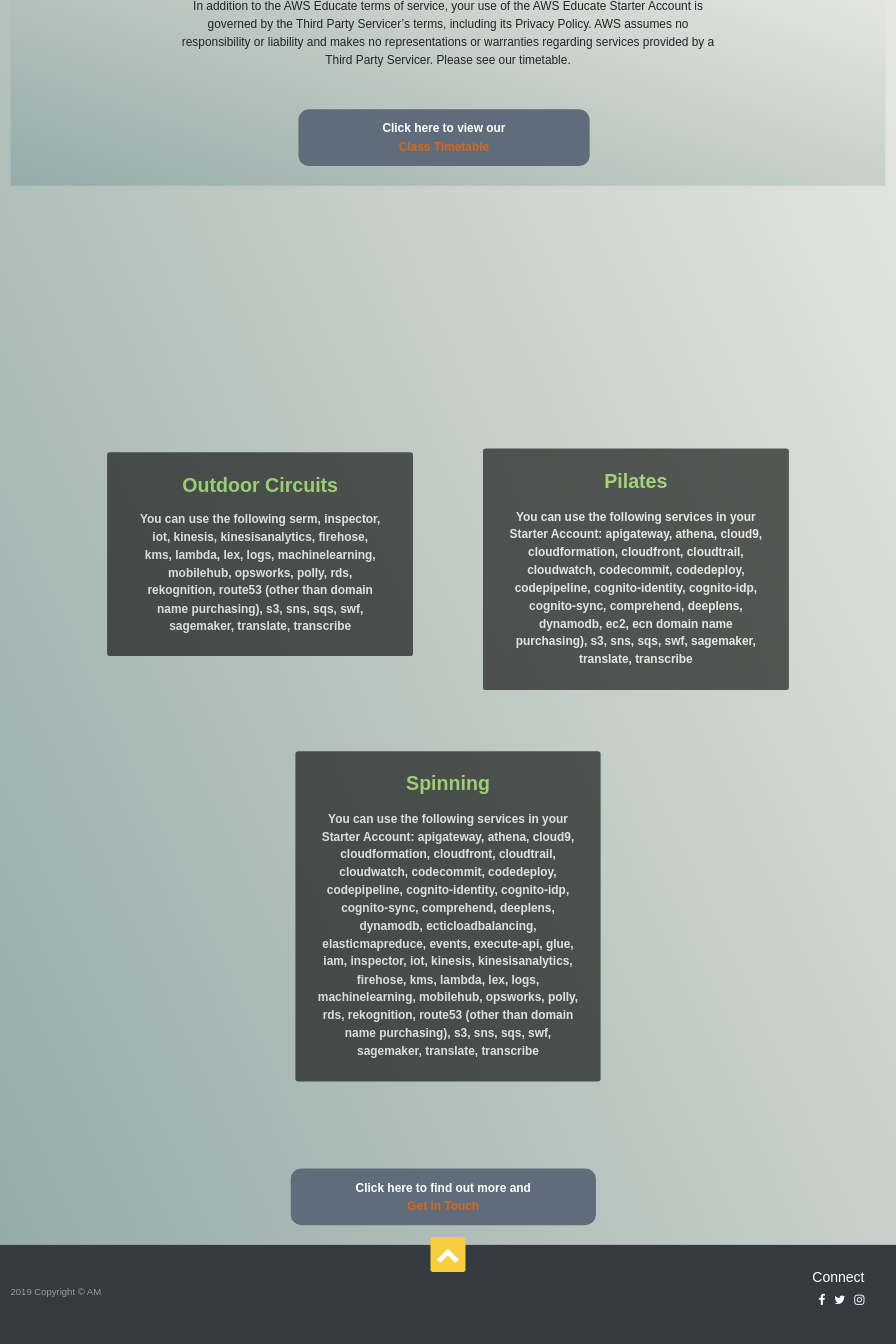
Repository: murphya14/Fitness-webpage
Page: group-training.html
The author's editor kept a record of every edit. The page is drawn from the files as they stood at one moment, then again after the next edit.
The browser window is 1280 px wide. The pictures show the part of the page from y = 986 to 2906 px (the page is 2906 px tall before and 2904 px after), at 70% of full size.
Pictures or frames that could not be fetched are drawn as grey boxes. Some web libraries are served in a nearby version.

Above is the page before.

### group-training.html
<!DOCTYPE html>
<html lang="en">

<head>
  <meta charset="UTF-8">
  <meta name="viewport" content="width=device-width, initial-scale=1.0">
  <meta http-equiv="X-UA-Compatible" content="ie=edge">
    <link rel="stylesheet" href="https://stackpath.bootstrapcdn.com/bootstrap/4.3.1/css/bootstrap.min.css" <link rel="stylesheet" href="https://stackpath.bootstrapcdn.com/font-awesome/4.7.0/css/font-awesome.min.css" type="text/css" />
 <script src="https://code.jquery.com/jquery-3.2.1.slim.min.js" integrity="sha384-KJ3o2DKtIkvYIK3UENzmM7KCkRr/rE9/Qpg6aAZGJwFDMVNA/GpGFF93hXpG5KkN" crossorigin="anonymous"></script>
  <link rel="stylesheet" href="assets/css/style.css" />
  <link rel="shortcut icon" type="image/x-icon" href="assets/favicon.ico">
  <link rel="stylesheet" href="https://cdnjs.cloudflare.com/ajax/libs/font-awesome/4.7.0/css/font-awesome.min.css">
  <link rel="stylesheet" type="text/css" href="//fonts.googleapis.com/css?family=Dancing+Script" />
  <title>Home</title>
</head>

<body>



  <header>
    <!-- Logo and Nav bar-->
    <!-- Used help from Stack overflow: https://stackoverflow.com/questions/23949804/how-to-change-link-color-bootstrap-->


    <nav class=" container-fliud navbar navbar-expand-lg navbar-custom  fixed-top navbar-light topnav">
      <div><a class="logo " href="index.html">
          <img src="assets/images/logo.png" alt="logo">
        </a></div>


      <div>
        <div>
          <ul class="nav justify-content-center container-fluid">

            <li class="nav-item">
              <a class="nav-link" href="index.html">Home</a>
            </li>
            <li class="nav-item ">
              <a class="nav-link" href="about.html">About</a>
            </li>
            <li class="nav-item  ">
              <a class="nav-link" href="personal-training.html">Personal Training</a>
              <li class="nav-item ">
                <a class="nav-link" id="active" href="group-training.html">Group Training</a>
              </li>
             <li class="nav-item ">
                <a class="nav-link" href="get-in-touch.html">Get in Touch</a>
              </li>
          </ul>

        </div>
        <!-- Select menu for Nav bar for smaller devices-->

        <select id="select">
    <option value="index.html" >Home</div>
    <option value="about.html" >About</option>
    <option value="personal-training.html">Personal Training</option>
    <option value="group-training" selected="selected">Group Training</option>
    <option value="get-in-touch">Get in Touch</option>
  </select>

        <!-- Social links-->

        <div class="row no-gutters">
          <div class="col">

            <div class="nav-link">

              <ul class="list-inline social-links">
                <li class="list-inline-item">
                  <a target="_blank" href="#">
                            <i class="fa fa-facebook" aria-hidden="true"></i>
                            <span class="sr-only">Facebook</span>
                        </a>
                </li>
                <li class="list-inline-item">
                  <a target="_blank" href="#">
                            <i class="fa fa-twitter" aria-hidden="true"></i>
                            <span class="sr-only">Twitter</span>
                        </a>
                </li>


                <li class="list-inline-item">
                  <a target="_blank" href="#">
                            <i class="fa fa-instagram" aria-hidden="true"></i>
                            <span class="sr-only">Instagram</span>
                        </a>
                </li>

              </ul>
            </div>
          </div>
        </div>

    </nav>


  </header>

  <!-- Container for main image -->


    <section class="section ">

  <div class="container-fluid ">

<div class="container-fluid">
      <div class="row main-image ">

        <div class=" col-md-12 image-about">
          <img src="assets/images/group.jpg"  alt="Group Fitness">

          <h2 class="image-text">LN Fitness</h2>
        </div>
      </div>
  </div>

  <!-- Content for section -->

  <div class="container-fluid section">
    <div class="row">
      <div class="col-md-12">
        <h3 class="section-heading">Group training at LN Fitness</h3>
        <p class="col-md-8 section-p-about">Clicking this button will take you to a third party site managed by Vocareum, Inc. (“Third Party Servicer”). In addition to the AWS Educate terms of service, your use of the AWS Educate Starter Account is governed by the Third Party Servicer’s
          terms, including its Privacy Policy. AWS assumes no responsibility or liability and makes no representations or warranties regarding services provided by a Third Party Servicer.</a>
          Please see our timetable.</p>
          </div>
         </div>



     <div class="row">
   <div class="col-md-4 free-link  ">
  <a class="section-link" id="click-here-active" href="assets/timetable.pdf" target="_blank">Click here to view our <p class="highlight">Class Timetable</p></a></div>
     </div>
     </div>

<div class="row justify-content-center">
    <div class=" center col-md-10 content">
      <iframe src="https://player.vimeo.com/video/229291915" width="640" height="360" frameborder="0" allow="autoplay; fullscreen" allowfullscreen></iframe>
     </div>

<div class="col free-link mobile-only "><a class="section-link" target="_blank" id="click-here-active" href="https://player.vimeo.com/video/229291915">Click here to view our <p class="highlight">Group Class in action</p></a></div>
 </div>
 </div>


    <div class="row justify-content-center">


      <div class="transbox col-md-4 col-sm-12">
        <h3 class="box-heading"> Outdoor Circuits</h3>
        <div class="container">
          <p>You can use the following serm, inspector, iot, kinesis, kinesisanalytics, firehose, kms, lambda, lex, logs, machinelearning, mobilehub, opsworks,
            polly, rds, rekognition, route53 (other than domain name purchasing), s3, sns, sqs, swf, sagemaker, translate, transcribe</p>
        </div>
      </div>





      <div class="transbox col-md-4 col-sm-12">
        <h3 class="box-heading"> Pilates</h3>
        <p>You can use the following services in your Starter Account: apigateway, athena, cloud9, cloudformation, cloudfront, cloudtrail, cloudwatch, codecommit, codedeploy, codepipeline, cognito-identity, cognito-idp, cognito-sync, comprehend, deeplens,
          dynamodb, ec2, ecn domain name purchasing), s3, sns, sqs, swf, sagemaker, translate, transcribe</p>
      </div>

      <div class="transbox   col-md-4 col-sm-12">
        <h3 class="box-heading"> Spinning</h3>
        <p>You can use the following services in your Starter Account: apigateway, athena, cloud9, cloudformation, cloudfront, cloudtrail, cloudwatch, codecommit, codedeploy, codepipeline, cognito-identity, cognito-idp, cognito-sync, comprehend, deeplens,
          dynamodb, ecticloadbalancing, elasticmapreduce, events, execute-api, glue, iam, inspector, iot, kinesis, kinesisanalytics, firehose, kms, lambda, lex, logs, machinelearning, mobilehub, opsworks, polly,
          rds, rekognition, route53 (other than domain name purchasing), s3, sns, sqs, swf, sagemaker, translate, transcribe</p>
      </div>


    </div>

   <div class="row">
    <div class="col-md-4 free-link"><a class="section-link" id="click-here-active" href="get-in-touch.html">Click here to find out more and <p class="highlight">Get in Touch</p></a></div>

</div>
  </div>




  </div>
  </div>

  </section>
  </div>




  <!-- footer-->

  <footer id="footer" class="container-fluid py-4 bg-dark text-white-50">
    <div class="row">

      <div class="col-sm-4 text-footer">
        <small>2019 Copyright &copy; AM</small></div>

      <div class="col-sm-4 "><a href="#top" id="button"></a></div>


      <div class="col-sm-4">

        <!-- footer social media links-->
        <div class="footer-link">
          <h5 class="uppercase general-sub">Connect</h5>
          <ul class="list-inline social-links">
            <li class="list-inline-item">
              <a target="_blank" href="#">
                            <i class="fa fa-facebook" aria-hidden="true"></i>
                            <span class="sr-only">Facebook</span>
                        </a>
            </li>
            <li class="list-inline-item">
              <a target="_blank" href="#">
                            <i class="fa fa-twitter" aria-hidden="true"></i>
                            <span class="sr-only">Twitter</span>
                        </a>
            </li>


            <li class="list-inline-item">
              <a target="_blank" href="#">
                            <i class="fa fa-instagram" aria-hidden="true"></i>
                            <span class="sr-only">Instagram</span>
                        </a>
            </li>

          </ul>
        </div>

      </div>

  </footer>


  <!--------------Back to top button created with help from https://www.templatemonster.com/blog/back-to-top-button-css-jquery/--->
  <script src="https://code.jquery.com/jquery-3.4.1.slim.min.js"></script>
  <script src="https://cdnjs.cloudflare.com/ajax/libs/popper.js/1.15.0/umd/popper.min.js"></script>
  <script src="https://stackpath.bootstrapcdn.com/bootstrap/4.3.1/js/bootstrap.min.js"></script>


  <script>
    jQuery(document).ready(function() {

      var btn = $('#button');

      $(window).scroll(function() {
        if ($(window).scrollTop() > 300) {
          btn.addClass('show');
        }
        else {
          btn.removeClass('show');
        }
      });

      btn.on('click', function(e) {
        e.preventDefault();
        $('html, body').animate({ scrollTop: 0 }, '300');
      });

    });
  </script>




</body>

</html>

### assets/css/style.css
/*----------------------------------------------- Colours*/

.nav-link {
    color: #00ccff;
}

#active {
    color: #5F6C7A;
}

.navbar {
    background:#f7ce3e;

}


li a:hover {
    color: #f7ce3e;
}

/*--------------------------------------------- General*/

body {font-size: 17px;
    font-family: "arial", sans-serif;
    margin: 0; padding: 0; overflow-x:hidden;
}

.center {
  display: block;
  margin-left: auto;
  margin-right: auto;
  width: 50%;
}


.inline-block {
    display: inline-block;
}







.highlight {color:#D2691E;
    padding:0;
    margin:0;
}



col-lg-12 {
           text-align:center;
}

 col-lg-4{
 display:inline-block;
 float: none;
}





/*--------------------------------------------- Nav bar*/

nav ul {

    display: block;
    font-size: 23px;
    font-weight: 700;




}

    .nav-item {
        margin-left: 40px;
        position:relative;
    }

.logo {
    position: static;
    background: url("../images/rosie.jpg");
    background-position: center;
    background-repeat: no-repeat;
    margin-right:0px;
    padding-top: 10px;
    padding-left: 10px;
    min-height: 100px;
    transition: all .5s ease-in-out;
    -moz-transition: all .5s ease-in-out;
    -webkit-transition: all .5s ease-in-out;
    height: 10%;
    width: 25%;
}

.header {
    position: fixed;
    top: 0;
    left: 0;
    right: 0;
    background-color: #e84610;
    padding: 15px 15px;

}

nav select {
    display: none;
    background-color: #77C9D4;
    color: white;
    border: 1px solid #778899;
   position: relative;
   cursor: pointer;
   top: 100%;
  left: 0;
  right: 0;
  z-index: 99;

}

#select {color: #f7ce3e;
    background-color: #5F6C7A;
}


.nav-link
{color: #0A1612;
text-align: center;
padding: 8px;
    margin-right: 0;
    display: block;

    font-size:33;
    font-weight: 500;
    padding-left: 5px;
      transition: all 0.35s ease-in-out;
    -moz-transition: all 0.35s ease-in-out;
    -webkit-transition: all 0.35s ease-in-out;
    -o-transition: all 0.35s ease-in-out;
    max-width:100%;

}
/*-------------------------Social links*/
nav a {color:#5F6C7A;}

nav a:hover {
    color: white;
}

/*-------------------------------------------Section*/

/*-------------------------Section Image*/

.main-image {max-width:100%;
    height:100%;
    padding-left:0;
    padding-right:0;
    position: relative;
    transform: translate(-5%, +10%);
    margin: 0;


}



.image-text {
   position: absolute;
   top: 250px;
   left: 70%;
   width: 100%;
   color:#21EB7B;
   font-family: "Dancing Script";
   font-size: 48px;
   font-variant: normal;
   font-weight: 700;
   line-height: 26.4px;
   text-shadow: 2px 2px 2px #000;
    transform: translate(-50%, -50%);
 }


/*------------------Index.html*/

/*------------------https://mycolor.space/gradient?ori=to+right+top&hex=%2395ABAA&hex2=%23F6F6F5&sub=1*/
 .section {background-image: linear-gradient(to right top, #95abaa, #aebdb8, #c8d0ca, #e0e2de, #f6f6f5);
  text-align: center;
  max-width:100%;
  overflow:hidden;

 }

.section-heading {color: #D2691E;
            text-align: center;
            margin-top:100px;
}

.section-p {padding:12px;
margin:10px;
    padding-bottom: 50px;
;
color: #708090;
text-align: center;
 max-width:100%;

}

.section-p-about {padding:15px;
    text-align: center;
     width:100%;
}



.free-link {text-align: center;
    font-weight: 700;
    background-color: #5F6C7A;
    font:white;
    padding:15px;
    margin:15px;
    border-radius:15px;
      display:block;
  bottom: 5px;

  transition: background-color .3s;
  z-index: 1000;
  position: relative;
   left: 55%;
   transform: translate(-50%,-50%);


}

.section-link {color:white;
 width:120px;


}


.section a:hover {color:#f7ce3e;
text-decoration:none;

}

/*------------------About.html*/


/* With help from https://www.w3schools.com/css/tryit.asp?filename=trycss_transparency*/

div.transbox {
  margin: 50px;
  border-radius: 4px;
  background-color: black;
  border: none;
  opacity: 0.6;
  filter: alpha(opacity=60);
  padding: 10px;
  width:100%;
  height:100%;
 position:relative;

    transform: translateY(-10%);

}

.content{margin: auto;
display: flex;
justify-content: center;
align-items: center;
resize: both;
padding-top: 0px !important;

}


div.transbox p {
  margin: 5%;
  font-weight: bold;
  color: #F5F4F4;
}

.box-heading {font-weight:700;
color:#87D63E;}


/*------------------personal-training.html*/

.col-md-10 {transform: translate(+5%,0);}

.transbox-testimony {height:400px;
    transform: translate(+8%,0);
}

.testimony {transform: translate(+12%, +12%);}

/*------------------group-trainig.html*/




/*------------------get-in-touch.html*/


  .row {
  display: flex;
}

.column {
  flex: 50%;
}

.main-image-contact {transform: translate(-5%,0%);
width:100%;
margin:0;

}

.contact-box {  padding: 10px;
  width:100%;
  height:100%;
 position:relative;
 transform: translateX(-15%);

  top:-100%;
}

.box-heading {padding-top:20px;}

.btn {

  color: black;
  font-weight:700;
  padding: 15px 20px;
  border: none;
  cursor: pointer;
  background-color:#f7ce3e;
 width:50%;
}

.btn:hover {
  opacity: 1;
  background-color:#B0E0E6 ;
}

.center-form {opacity:1;
   }





/*--------------------------------------------- footer*/

#button {
  text-align: center;
  display: inline-block;
  background-color: #f7ce3e;
  width: 50px;

  border-radius: 4px;
  bottom: 10px;
  right: 30px;
  transition: background-color .3s;
  z-index: 1000;
  position: relative;
   left: 50%;

     transform: translate(-50%,-50%);


}


#button:hover {
  cursor: pointer;
  background-color: #333;
}
#button:active {
  background-color: #555;
}

#button::after {
  content: "\f077";
  font-family: FontAwesome;
  font-weight: normal;
  font-style: normal;
  font-size: 2em;
  line-height: 50px;
  color: #fff;
}

.footer-link
{color: white;
text-align: right;

    float: none;
    padding-bottom: 10px;
    padding-right: 30px;
    padding-top:10px;
    font-size:33;
    font-weight: 500;
    padding-left: 5px;
      transition: all 0.35s ease-in-out;
    -moz-transition: all 0.35s ease-in-out;
    -webkit-transition: all 0.35s ease-in-out;
    -o-transition: all 0.35s ease-in-out;

}

footer a {color:white;}

 footer  a:hover {
    color: #f7ce3e;
}

.text-footer {float: left;
padding-bottom: 5px;
text-align: left;

}

#footer { min-height: 120px;

    margin: 0;
    padding: 15px;
    max-width:100%;}



/*------------- Responsive design*/

/* Extra small devices (phones, 600px and down) */


@media only screen and (max-width: 600px) {

/*------------------------------------- Changing the menu to a select bar for smaller screens*/

    nav select {
        display: inline-block;
        width: 55%;
        height: 25%;
          border-radius: 4px;
        position: left;
    }
    .nav-item {
        display: none;
    }
    .logo {
        position: right;
        height: 80%;
    }
     .column {
    width: 100%;
  }

  .navbar {position: relative;}

}



.text-footer {margin-top: 30px;}

.free-link {margin-right: 50%;
    margin-top: 40px;
}

.timetable-link {
    margin-right:50%;
    margin-top: 40px;


}


/* Small devices (portrait tablets and large phones, 600px and up) */

@media only screen and (max-width: 600px) {


    .logo {
        position: right;
        height: 80%;
    }
     .column {
    width: 100%;
    height:100%;
  }

  .navbar {position: relative;}

   .main-image img {display:none;}

  .image-text {
  margin: 0;
  position: absolute;
  top: 50%;
  left: 50%;
  transform: translate(-50%, 60%);}

footer #button {position:relative;
   top:-150%;
}



iframe {display:none;

}

section img {display:none;}


.box { transform: translate(-15%, 0);
    padding:10px;
}

.free-link { transform: translate(0%, 0);}

.timetable-link { transform: translate(0%, 0);}


  .mobile-only {width:100%
  ;}

}


/* Medium devices (landscape tablets, 768px and up) */

@media only screen and (min-width: 768px){
.section-p-about {  transform: translate(25%, 0);}


.timetable-link {margin:300px;
    margin-top:50px;
    width: 50%;
}
iframe {margin-left: 50px;}
}

.box { margin:30px;
    padding:10px;
}


 iframe, .box {transform: translate(-5%, 0);}


 .free-link {transform: translate(-70%, -10%);}


 .mobile-only {display:none;}


@media only screen and (max-width: 768px){




.transbox {transform: translate(25%, 0);}

.timetable-link {transform: translate(-200%, -10%);}

.main-image-contact {display:none;}

}
/* Large devices (laptops/desktops, 992px and up) */

@media only screen and (max-width: 992px) {

.mobile-only {display:none;}



}





/* Extra large devices (large laptops and desktops, 1200px and up) */

@media only screen and (min-width: 1200px) {

 .mobile-only {display:none;}

 .timetable-link {transform: translate(-130%, -10%);}
}

.transbox {transform: translate(10%, 0);}

After the next edit:
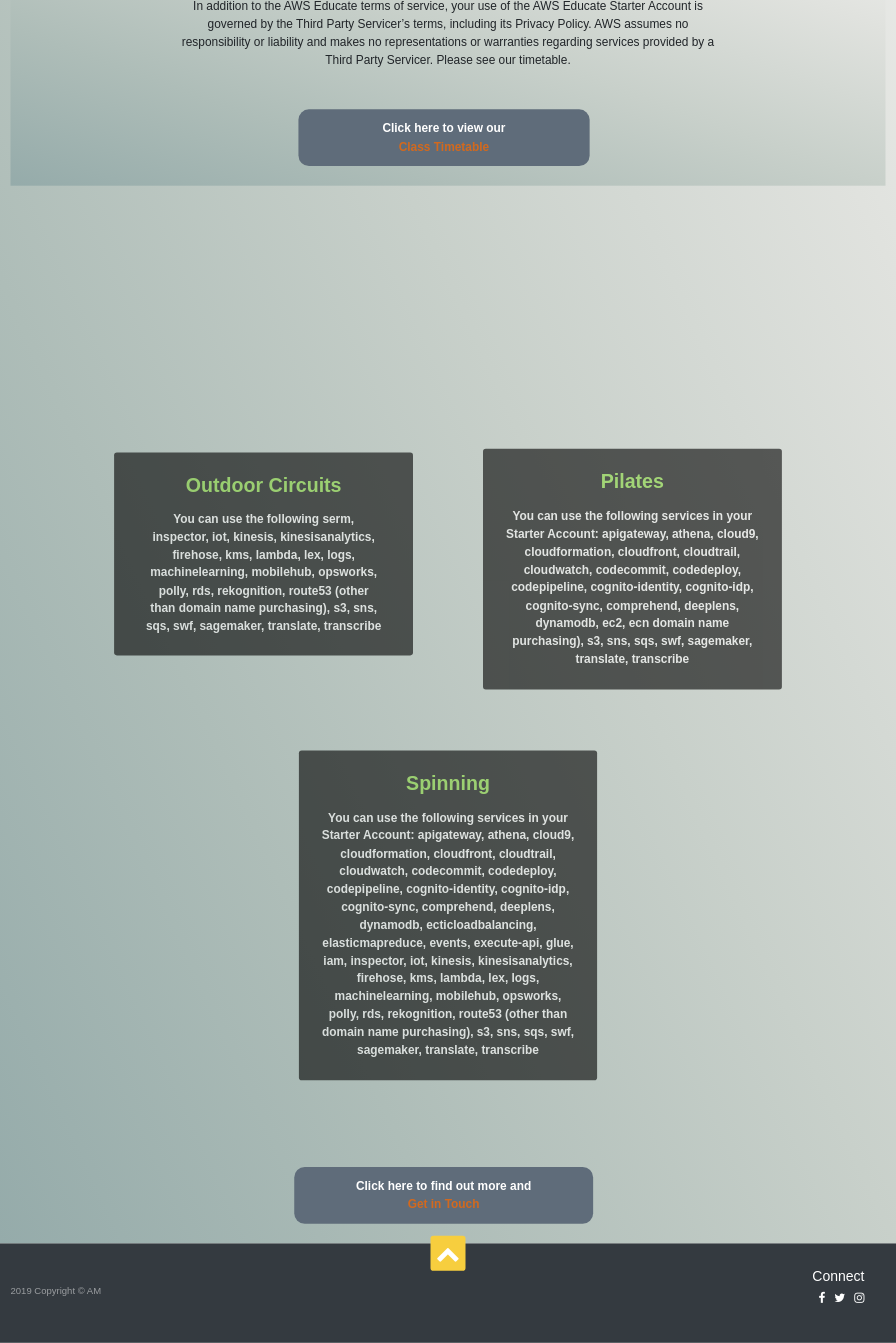
The edit:
--- a/group-training.html
+++ b/group-training.html
@@ -140,8 +140,8 @@
 <div class="row justify-content-center">
     <div class=" center col-md-10 content">
       <iframe src="https://player.vimeo.com/video/229291915" width="640" height="360" frameborder="0" allow="autoplay; fullscreen" allowfullscreen></iframe>
-     </div>
-
+</div>
+     <div class="row">
 <div class="col free-link mobile-only "><a class="section-link" target="_blank" id="click-here-active" href="https://player.vimeo.com/video/229291915">Click here to view our <p class="highlight">Group Class in action</p></a></div>
  </div>
  </div>

After the edit that followed:
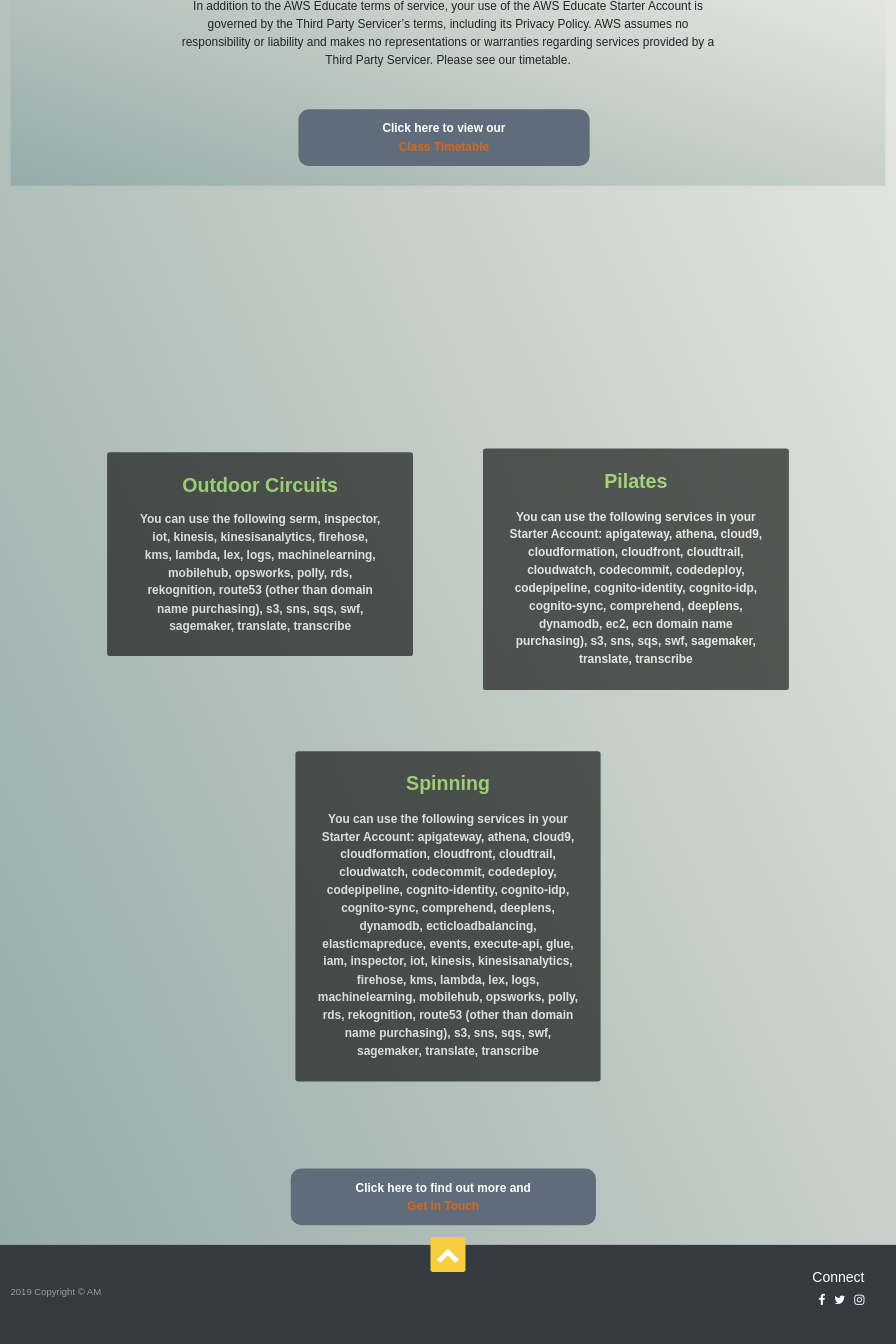
The edit:
--- a/group-training.html
+++ b/group-training.html
@@ -145,7 +145,7 @@
 <div class="col free-link mobile-only "><a class="section-link" target="_blank" id="click-here-active" href="https://player.vimeo.com/video/229291915">Click here to view our <p class="highlight">Group Class in action</p></a></div>
  </div>
  </div>
-
+ </div>
 
     <div class="row justify-content-center">
 
